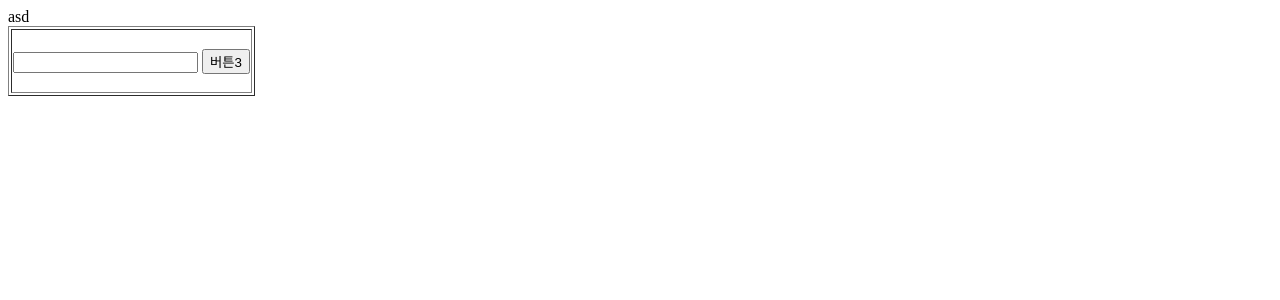
Repository: jojojojoya/programming
Page: dbworkspace/17_JQuery_/src/main/webapp/j6_Object_select.html
An editor plug-in stored every save of this project. The page is shown before and after the next save, followed by the edit.
The browser window is 1280 px wide. The pictures show the whole page.

Above is the page before, as saved 2025-01-07 00:48:20.

### dbworkspace/17_JQuery_/src/main/webapp/j6_Object_select.html
<!DOCTYPE html>
<html>
<head>
<meta charset="UTF-8">
<title>Insert title here</title>
<script src="https://code.jquery.com/jquery-3.7.1.js"
integrity="sha256-eKhayi8LEQwp4NKxN+CfCh+3qOVUtJn3QNZ0TciWLP4=" crossorigin="anonymous"></script>
<script type="text/javascript">
alert(11)


</script>
</script>

</head>
<body>
asd


<table border="1">
	<tr>
		<td height="60px">
			<input> <button> 버튼3 </button>
		</td>
	</tr>

</table>
</body>
</html>

After the next save:
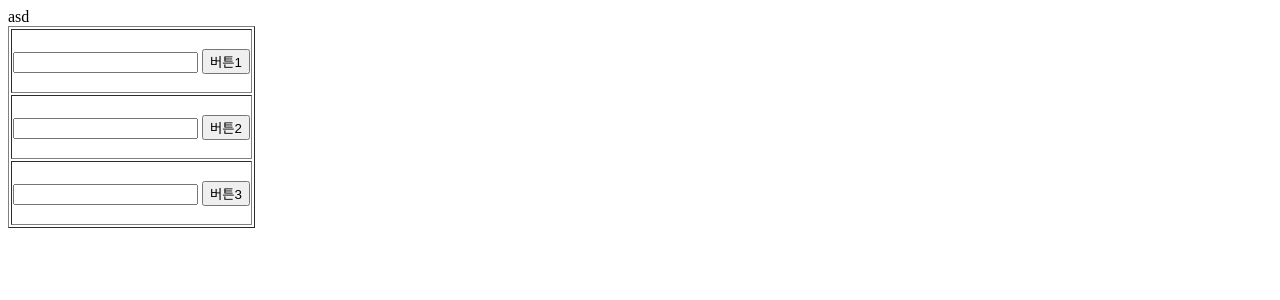
Saved 98 s later.
--- a/dbworkspace/17_JQuery_/src/main/webapp/j6_Object_select.html
+++ b/dbworkspace/17_JQuery_/src/main/webapp/j6_Object_select.html
@@ -20,6 +20,16 @@ asd
 <table border="1">
 	<tr>
 		<td height="60px">
+			<input> <button> 버튼1 </button>
+		</td>
+	</tr>
+	<tr>
+		<td height="60px">
+			<input> <button> 버튼2 </button>
+		</td>
+	</tr>
+	<tr>
+		<td height="60px">
 			<input> <button> 버튼3 </button>
 		</td>
 	</tr>
